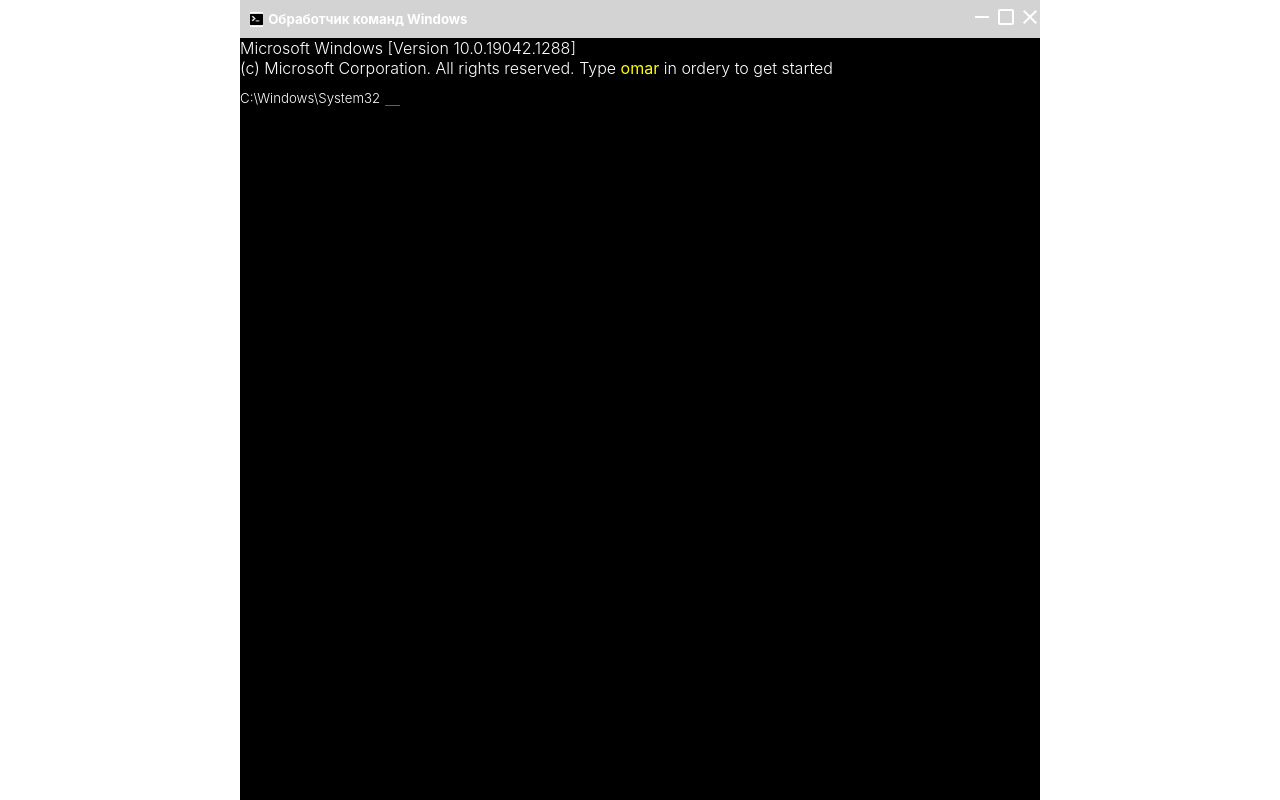
Repository: om1ars/cmd-port
Page: /, after clicking the first element matching `div.right > :nth-child(2)`
An editor plug-in stored every save of this project. The page is shown before and after the next save, followed by the edit.
The browser window is 1280 px wide. The pictures show the whole page.
The project was rebuilt for these pictures with package versions that can differ from the ones it lists, and the page was loaded fresh each time.

Above is the page before, as saved 2021-11-04 15:54:27.

After the next save:
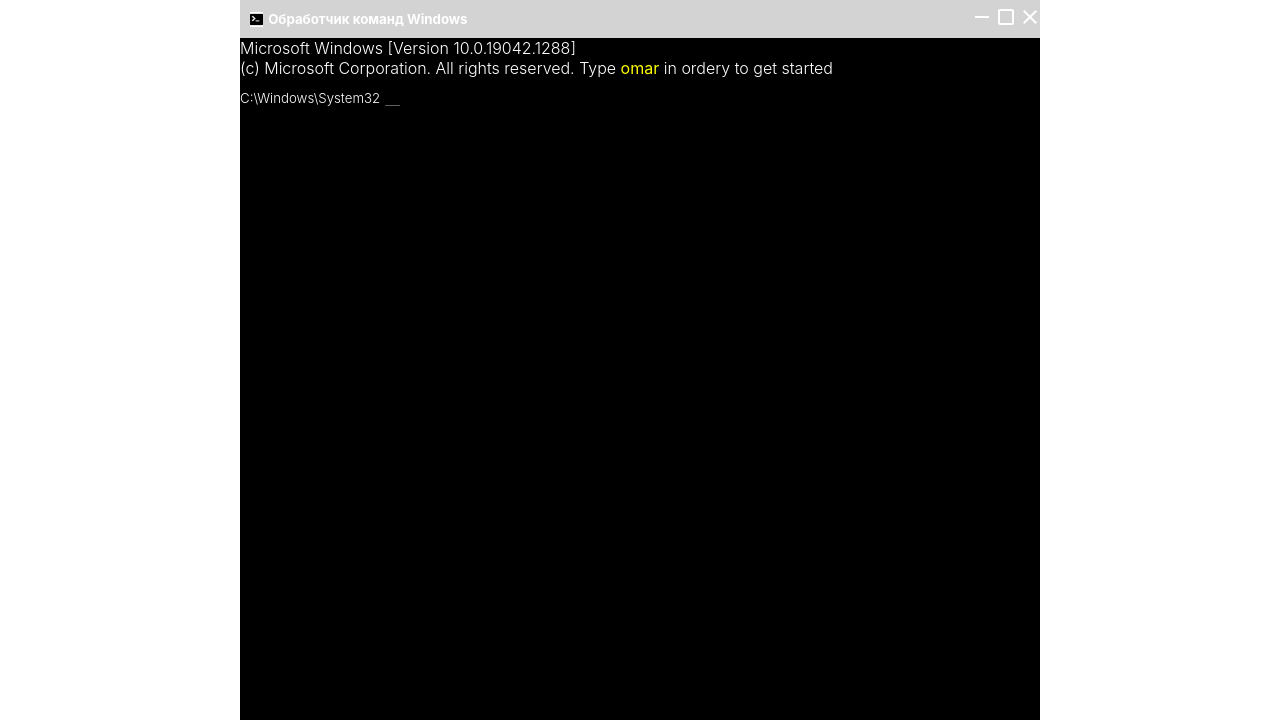
Saved 7 s later.
--- a/src/styles.css
+++ b/src/styles.css
@@ -83,6 +83,6 @@
 }
 .shrink {
   width: 800px;
-  height: 800px;
+  height: 500px;
   margin: auto;
 }
